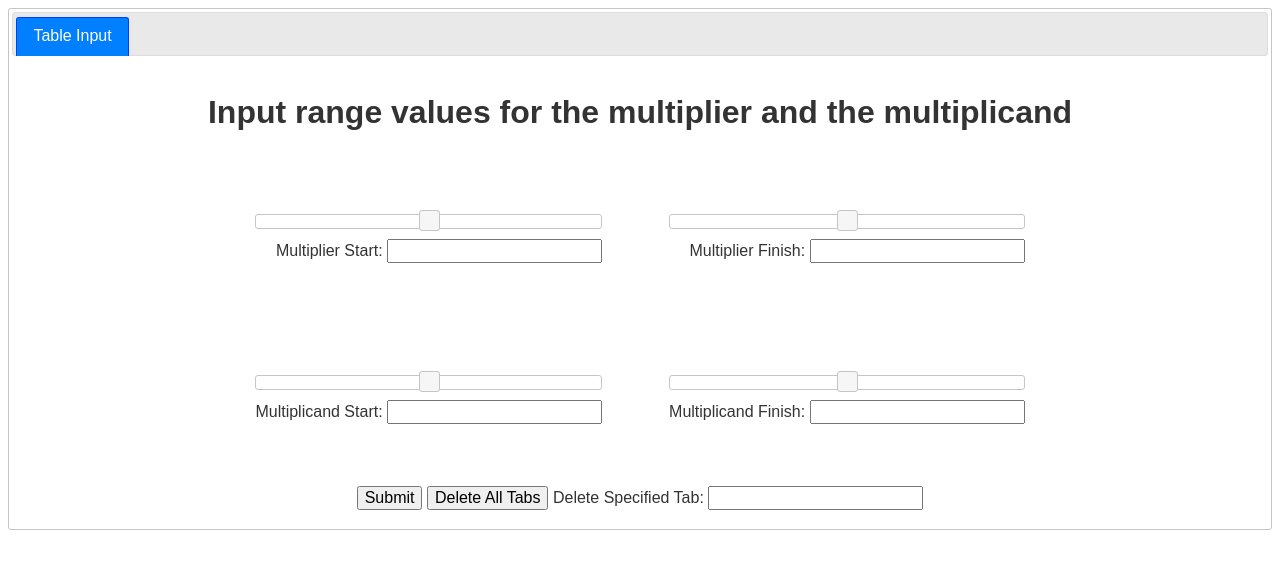
Repository: khrasna/HW4Part2
Page: index.html
The author's editor kept a copy of each file at every save. The page is drawn from the files as they stood at one save, then again after the next save.
The browser window is 1280 px wide. The pictures show the whole page.
Some web libraries are served in a nearby version.

Above is the page before, as saved 2021-11-15 20:35:45.

After the next save:
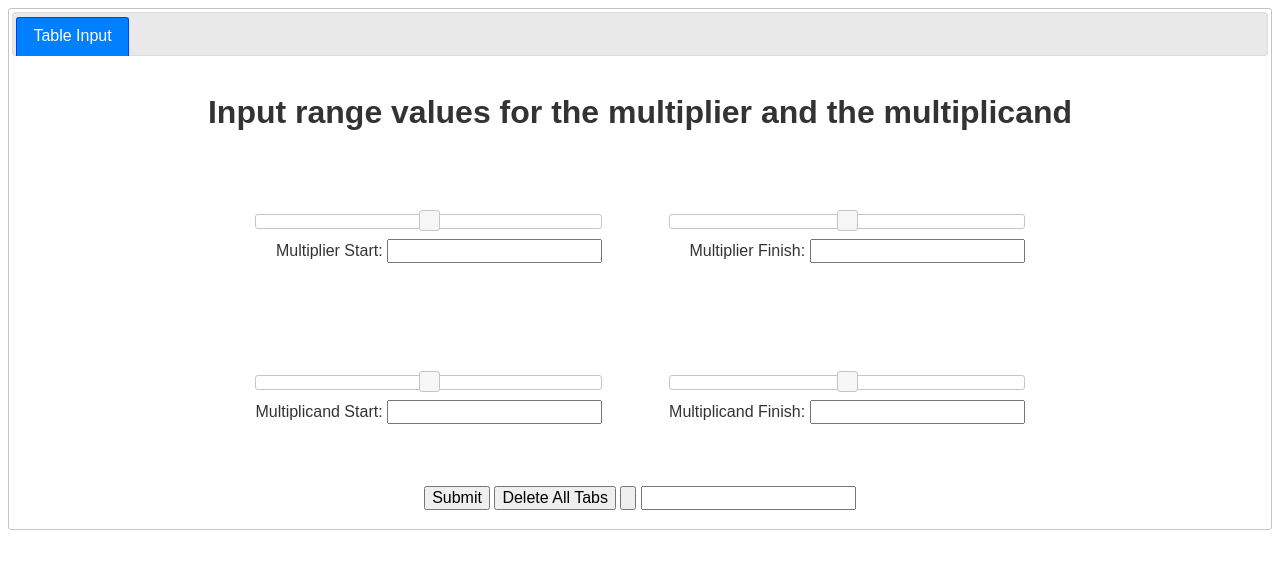
Saved 31 s later.
--- a/index.html
+++ b/index.html
@@ -52,7 +52,7 @@ By Karsten Hrasna  email Karsten_Hrasna@student.uml.edu-->
                 </table>
                 <input type="submit" value="Submit">
                 <input type="button" name="clear" value="Delete All Tabs">
-                <label type="button" name="clearx">Delete Specified Tab:</label>
+                <input type="button" name="clearx">
                 <input type="text" name="clearinput">
                 <!--goes directly under form and processes the input to create a mult table-->
             </form>
